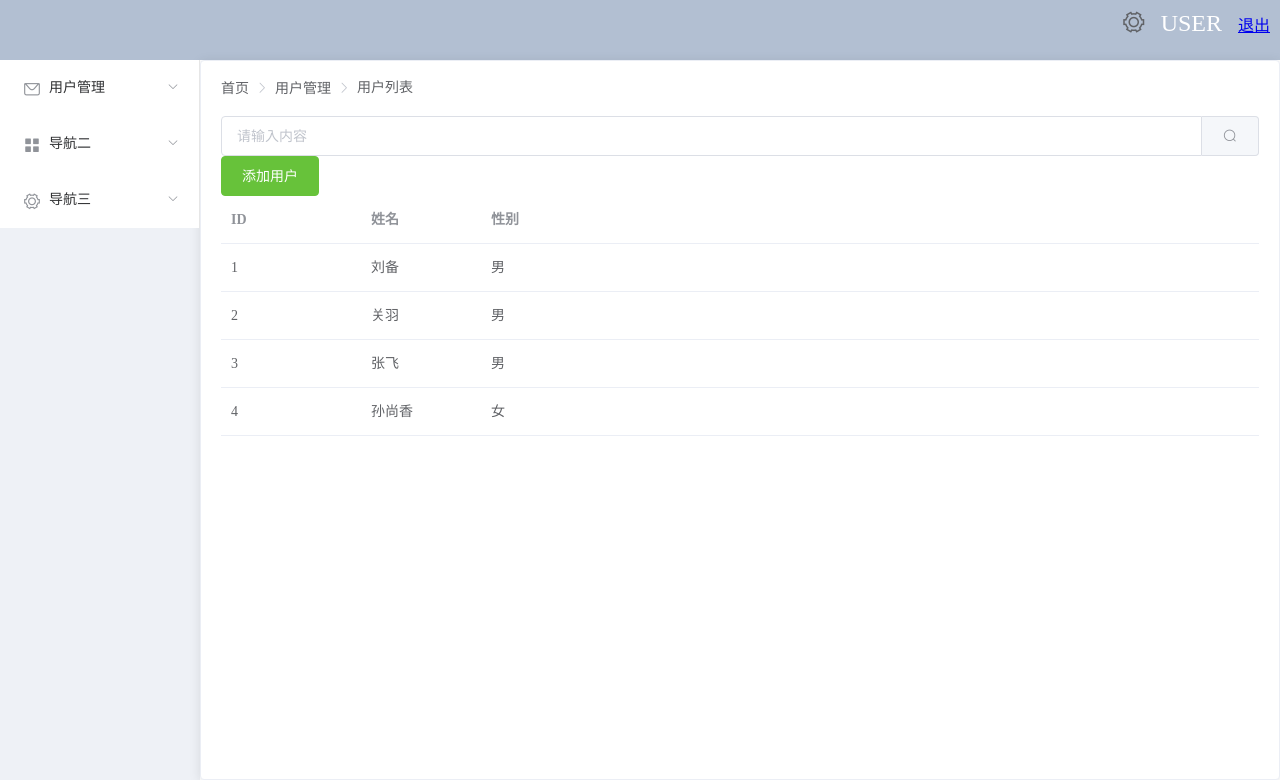
Repository: euphor1azzy/testlist
Page: /#/users (app in list/)
These files come from the project's save history. The page is drawn as it stood at one moment and after the next save; the edit follows.
The browser window is 1280 px wide. The pictures show the whole page.
The project was rebuilt for these pictures with package versions that can differ from the ones it lists, and the page was loaded fresh each time. Requests to the local data server were answered from the project's data file. Also part of the build but not shown: list/src/utils/validate.js, list/src/views/login/login.vue.

Above is the page before, as saved 2020-08-27 14:09:16.

After the next save:
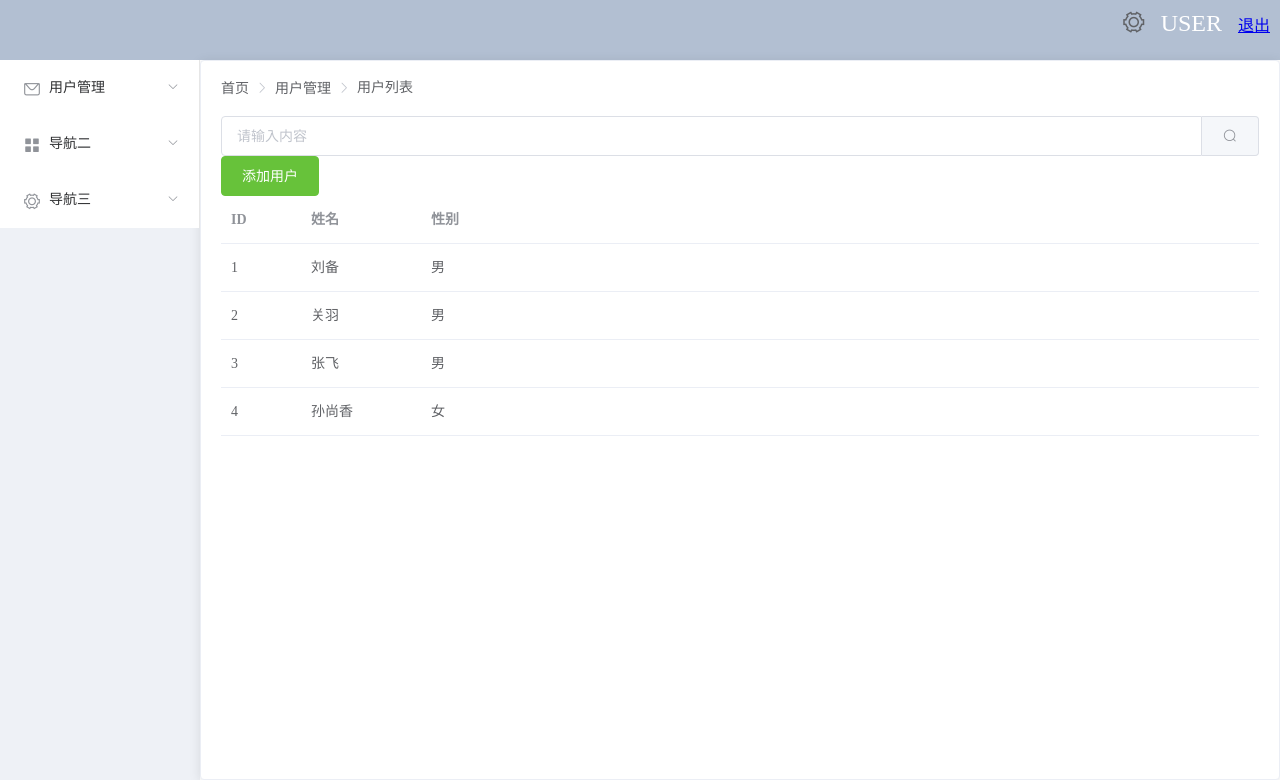
Saved 8 min 38 s later.
--- a/list/src/components/users/users.vue
+++ b/list/src/components/users/users.vue
@@ -24,7 +24,7 @@
     </el-row>
     <!-- 表格 -->
     <el-table :data="items">
-      <el-table-column prop="id" label="ID" width="140"></el-table-column>
+      <el-table-column prop="id" label="ID" width="80"></el-table-column>
       <el-table-column prop="name" label="姓名" width="120"></el-table-column>
       <el-table-column prop="gender" label="性别"></el-table-column>
     </el-table>
